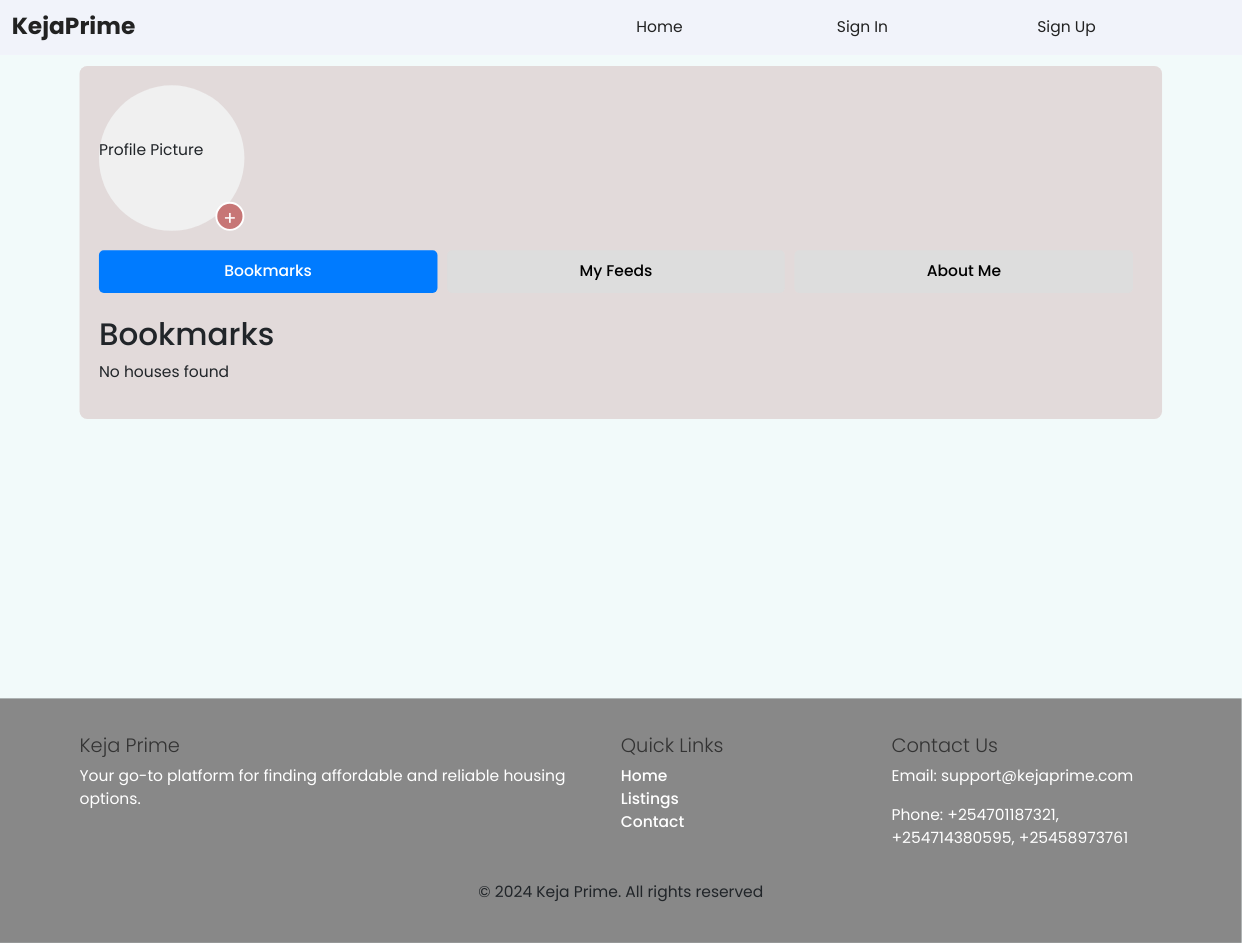
Repository: Pascal7601/kejaPrime
Page: /profile (app in frontend/)
An editor plug-in stored every save of this project. The page is shown before and after a run of saves, followed by the edit.
The browser window is 1280 px wide. The pictures show the whole page, at 97% of full size.
The page's requests for data from a server got no answer. The project was rebuilt for these pictures with package versions that can differ from the ones it lists, and the page was loaded fresh each time. No one was signed in, and anything a server would have sent is missing. Also part of the build but not shown: frontend/vite.config.js, frontend/src/styles/HeroSection.css, frontend/src/components/HeroSection.jsx, frontend/src/pages/Home.jsx, frontend/src/components/Houses.jsx, frontend/src/pages/Listings.jsx, frontend/src/styles/PostHouse.css, frontend/src/pages/PostHouse.jsx and 10 more.

Above is the page before, as saved 2024-10-22 12:29:45.

### frontend/index.html
<!doctype html>
<html lang="en">
  <head>
    <meta charset="UTF-8" />
    <link rel="icon" type="image/svg+xml" href="/vite.svg" />
    <meta name="viewport" content="width=device-width, initial-scale=1.0" />
    <script src="https://cdn.jsdelivr.net/npm/@popperjs/core@2.11.6/dist/umd/popper.min.js"></script>
    <script src="https://cdn.jsdelivr.net/npm/bootstrap@5.2.0/dist/js/bootstrap.bundle.min.js"></script>
    <link rel="preconnect" href="https://fonts.googleapis.com">
    <link rel="preconnect" href="https://fonts.gstatic.com" crossorigin>
    <link href="https://fonts.googleapis.com/css2?family=Poppins:ital,wght@0,100;0,200;0,300;0,400;0,500;0,600;0,700;0,800;0,900;1,100;1,200;1,300;1,400;1,500;1,600;1,700;1,800;1,900&display=swap" rel="stylesheet">
    <title>KejaPrime</title>
  </head>
  <body>
    <div id="root"></div>
    <script type="module" src="/src/main.jsx"></script>
  </body>
</html>

### frontend/src/App.jsx
import React from 'react';
import { BrowserRouter as Router, Route, Routes } from 'react-router-dom';
import { AuthProvider } from './utils/AuthContext';
import Home from './pages/Home';
import Listings from './pages/Listings';
import ProfilePage from './pages/ProfilePage';
import SignUp from './components/SignUp';
import FeedsPage from './pages/FeedsPage'
import PostHouse from './pages/PostHouse';
import SignIn from './components/SignIn';
import Dashboard from './components/Dashboard';

import './App.css';

function App() {

  return (
    <AuthProvider>
      <Router>
            <Routes>
              <Route path="/Sign-up" element={<SignUp />} />
              <Route path="/Sign-in" element={<SignIn />} />
              <Route path="/" element={<Home />} />
              <Route path="/home" element={<Home />} />
              <Route path="/dashboard" element={<Dashboard />} />
              <Route path="/feeds" element={<FeedsPage />} />
              <Route path="/listings" element={<Listings />} />
              <Route path="/profile" element={<ProfilePage />} />
              <Route path="/post-house" element={<PostHouse />} />
            </Routes>
      </Router>
    </AuthProvider>
  );
}

export default App

### frontend/src/pages/ProfilePage.jsx
import React from 'react';
import Profile from "../components/Profile";
import "../styles/ProfilePage.css";

const ProfilePage = () => {
	return (
		<>
			<Profile />
		</>
	);
}

export default ProfilePage;

### frontend/src/App.css
@import url('https://fonts.googleapis.com/css2?family=Poppins:ital,wght@0,100;0,200;0,300;0,400;0,500;0,600;0,700;0,800;0,900;1,100;1,200;1,300;1,400;1,500;1,600;1,700;1,800;1,900&display=swap');
*{
	font-family: "Poppins", sans-serif;
	margin: 0;
	padding: 0;
	width: 100%;
	box-sizing: border-box;
}

body {
	margin: 0;
	font-family: "Poppins", sans-serif;
	width: 100%;
	background-color: rgb(229, 245, 245);
}

### frontend/src/components/Footer.jsx
import React from 'react'
import 'bootstrap/dist/css/bootstrap.min.css';
import '../styles/Footer.css';

const Footer = () => {
	const currentYear = new Date().getFullYear();
  return (
	<footer className='footer py-4'>
		<div className='container'>
			<div className='row'>
				<div className='col-md-6'>
					<h5 className='footer-title'>Keja Prime</h5>
					<p className='footer-description'>
					Your go-to platform for finding affordable and reliable housing options.
					</p>
				</div>
				<div className="col-md-3">
					<h5 className="footer-links-title">Quick Links</h5>
            		<ul className="list-unstyled">
						<li><a href="/" className="text-white">Home</a></li>
              			<li><a href="/listings" className="text-white">Listings</a></li>
              			<li><a href="/contact" className="text-white">Contact</a></li>
            		</ul>
				</div>
				<div className='col-md-3'>
					<h5 className='footer-contact-title'> Contact Us</h5>
					<p>Email: support@kejaprime.com</p>
					<p>Phone: +254701187321, +254714380595, +25458973761</p>
				</div>
			</div>
			<div className='text-center mt-3'>
				<p className='text-dark'>&copy; {currentYear} Keja Prime. All rights reserved</p>
			</div>
		</div>
	</footer>
  );
};

export default Footer;

### frontend/src/styles/Footer.css
.footer{
	background: #4ea685;
	color: #222222;
}

### frontend/src/components/Profile.jsx
import React, { useEffect, useState } from 'react';
import axios from 'axios';
import Footer from "../components/Footer";
import Navbar from '../components/Navbar';
import PostHouse from '../pages/PostHouse';
import 'bootstrap/dist/css/bootstrap.min.css';
import '../styles/Profile.css';

function Profile() {
  const [profile, setProfile] = useState(null);
  const [profilePic, setProfilePic] = useState(null);
  const [preview, setPreview] = useState(null);
  const [userType, setUserType] = useState(false);
  const [houses, setHouses] = useState([]);
  const [feeds, setFeeds] = useState([]); // State for tenant's feeds
  const [loading, setLoading] = useState(true);
  const [savedHouses, setSavedHouses] = useState([]);
  const [activeTab, setActiveTab] = useState('houses');
  const [isFormVisible, setIsFormVisible] = useState(false);

  useEffect(() => {
    async function fetchProfile() {
      try {
        const token = localStorage.getItem('access_token');
        const config = {
          headers: { Authorization: `Bearer ${token}` },
        };

        const profileRes = await axios.get('http://localhost:8000/api/v1/users/profile', config);
        const isLandlord = profileRes.data.is_landlord;
        console.log(profileRes.data.id);
        setUserType(isLandlord);
        setProfile(profileRes.data);

        const userId = profileRes.data.id;

        if (isLandlord) {
          // Fetch posted houses
          const postedHousesRes = await axios.get(`http://localhost:8000/api/v1/properties/${userId}`);
          const housesWithImages = await Promise.all(
            postedHousesRes.data.map(async (house) => {
              try {
                const imageRes = await axios.get(`http://localhost:8000/api/v1/properties/${house.id}/images`);
                const img = imageRes.data.length > 0 ? imageRes.data[0].image_url : null;
                return { ...house, imageUrl: img };
              } catch (error) {
                console.warn(`Image not found for house ${house.id}`);
                return { ...house, imageUrl: null };
              }
            })
          );
          setHouses(housesWithImages);
        } else {
          //Fetch Bookmarks
          const savedHousesRes = await axios.get('http://localhost:8000/api/v1/bookmarks/', config);
          // console.log(savedHousesRes.data);
          const savedHousesData = savedHousesRes.data.bookmarks;

        // Separate feeds and properties
        const savedFeeds = savedHousesData
          .filter(bookmark => bookmark.feed) // Get only feeds
          .map(bookmark => bookmark.feed);
          // console.log(savedFeeds[0]);  // Extract feed data

        const savedProperties = savedHousesData
          .filter(bookmark => bookmark.property) // Get only properties
          .map(bookmark => bookmark.property);   // Extract property data

          const feedsWithImages = await Promise.all(
            savedFeeds.map(async (feed) => {
              try {
                const feedRes = await axios.get(`http://localhost:8000/api/v1/feeds/${feed.id}`);
                console.log(feedRes.data[0].images[0].image_url);
                const img = feedRes.data[0].images[0].image_url;
                return { ...feed, imageUrl: img };
              } catch (error) {
                console.warn(`Image not found for feed ${feed.id}`);
                return { ...feed, imageUrl: null };
              }
            })
          );

          // Fetch images for properties
          const propertiesWithImages = await Promise.all(
            savedProperties.map(async (property) => {
              try {
                const imageRes = await axios.get(`http://localhost:8000/api/v1/properties/${property.id}/images`, config);
                const img = imageRes.data.length > 0 ? imageRes.data[0].image_url : null;
                return { ...property, imageUrl: img };
              } catch (error) {
                console.warn(`Image not found for property ${property.id}`);
                return { ...property, imageUrl: null };
              }
            })
          );

          // Combine feeds and properties into the `houses` state
          const combinedSavedHouses = [...feedsWithImages, ...propertiesWithImages];
          setHouses(combinedSavedHouses); // Update houses with both feeds and properties


        // Track saved house IDs for both feeds and properties
        const savedHouseIds = combinedSavedHouses.map(house => house.id);
        setSavedHouses(savedHouseIds); // Track Bookmarks by ID

        // Fetch tenant's feeds
          const tenantFeedsRes = await axios.get(`http://localhost:8000/api/v1/feeds/me`, config);
          console.log(tenantFeedsRes.data);
          setFeeds(tenantFeedsRes.data);
        }
      } catch (error) {
        console.error('Error fetching profile data', error);
      } finally {
        setLoading(false);
      }
    }

    fetchProfile();
  }, []);

  const handleTabChange = (tab) => {
    setActiveTab(tab);  // Change active tab
  };

  const handleSaveHouse = async (houseId) => {
    const isSaved = savedHouses.includes(houseId);
    if (!isSaved) {
      try {
        const token = localStorage.getItem('access_token');
        const config = {
          headers: { Authorization: `Bearer ${token}` },
        };

        await axios.post(`http://localhost:8000/api/v1/houses/save`, { houseId }, config);
        setSavedHouses(prevSavedHouses => [...prevSavedHouses, houseId]);

        // Optionally, refetch the Bookmarks to update the UI
        const savedHousesRes = await axios.get('http://localhost:8000/api/v1/houses/saved', config);
        setHouses(savedHousesRes.data);
        console.log('House saved successfully');
      } catch (err) {

        console.error('Error saving house:', err);
      }
    }
  };
  const toggleFormVisibility = () => {
    setIsFormVisible(!isFormVisible);
  };
  const handleFileChange = () => {
    const file = e.target.files[0];
    if (file) {
      setProfilePic(file);
      const fileURL = URL.createObjectURL(file);
      setPreview(fileURL);
    }
  };

  const handleFileUpload = async () => {
    if (profilePic) {
      const formData = new FormData();
      formData.append('profile_pic', profilePic);
      try {
        const token = localStorage.getItem('access_token');
        const config = {
          headers: {
            Authorization: `Bearer ${token}`,
            'Content-Type': 'multipart/form-data',
          },
        };
        await axios.post('http://localhost:8000/api/v1/users/profile-pic', formData, config);
        alert('Profile picture updated successfully');
      } catch (err) {
        console.error('Error uploading profile picture:', err);
      }
    }
  };

  const renderHouseImage = (imageUrl, title) => {
    const src = imageUrl ? `http://localhost:8000/${imageUrl}` : "/path/to/placeholder.jpg";
    const altText = imageUrl ? title : "No image available";
    return <img src={src} alt={altText} className="house-image" />;
  };

  if (loading) {
    return <div>Loading...</div>;
  }

  return (
    <>
    <Navbar />
    <div className={`profile-page ${!userType ? 'tenant-view' : ''}`}>
      <div className={`container my-5 profile-container ${userType ? 'landlord-layout' : 'tenant-layout'}`}>
        {/* Left Side Panel (For Landlords) */}
        <div className='left-panel'>
          {userType && (
            <>
              <h4 onClick={toggleFormVisibility} className='toggle-button'>
                {isFormVisible ? 'Hide Form' : 'Post a House'}
              </h4>
              {isFormVisible && <PostHouse />}
            </>
          )}
        </div>
        {/* Right Side Content */}
        <div className={`right-panel ${!userType ? 'full-width' : ''}`}>
          <div className="profile-header">
            <div className='profile-picture-container'>
              {preview ? (
                <img src={preview} alt="Profile Preview" className="img-fluid rounded-circle profile-picture" />
              ) : (
                <div className='placeholder-circle'>
                  <p>Profile Picture</p>
                </div>
              )}
              <label htmlFor="file-upload" className="plus-sign-label">+</label>
              <input type="file" onChange={handleFileChange} accept="image/*" style={{ display: 'none' }} />
              {profilePic && (
                <button onClick={handleFileUpload} className="btn btn-secondary w-25 mt-2">Upload</button>
              )}
            </div>
          </div>
          {/* Navigation Tabs */}
          <div className="profile-tabs mb-4">
            <button
              className={`tab-button ${activeTab === 'houses' ? 'active' : ''}`}
              onClick={() => handleTabChange('houses')}
            >
              {userType ? 'Posted Houses' : 'Bookmarks'}
            </button>
            {!userType && (
              <button
                className={`tab-button ${activeTab === 'feeds' ? 'active' : ''}`}
                onClick={() => handleTabChange('feeds')}
              >
                My Feeds
              </button>
            )}
            <button
              className={`tab-button ${activeTab === 'about' ? 'active' : ''}`}
              onClick={() => handleTabChange('about')}
            >
              About Me
            </button>
          </div>
          {/* Tab Content */}
          <div className="tab-content">
            {activeTab === 'houses' && (
              <div className="houses-section">
                <h2>{userType ? 'Posted Houses' : 'Bookmarks'}</h2>
                <div className="house-list">
                  {houses.length === 0 ? (
                    <p>No houses found</p>
                  ) : (
                    houses.map(house => (
                      <div key={house.id} className="house-item">
                        <div className='card'>
                          {renderHouseImage(house.imageUrl, house.description)}
                          <div className='card-body'>
                            <h3 className='card-title'>{house.title || house.description}</h3>
                            <p className='card-text'>{house.description}</p>
                            <p className='card-text fw-bold'>Location: {house.location}</p>
                            {!userType && (
                              <button onClick={() => handleSaveHouse(house.id)} className="btn btn-primary">
                                {savedHouses.includes(house.id) ? 'Saved' : 'Save'}
                              </button>
                            )}
                          </div>
                        </div>
                      </div>
                    ))
                  )}
                </div>
              </div>
            )}
            {!userType && activeTab === 'feeds' && (
              <div className="feeds-section">
                <h2>My Feeds</h2>
                <div className="feed-list">
                  {feeds.length === 0 ? (
                    <p>No feeds found</p>
                  ) : (
                    feeds.map(feed => (
                      <div key={feed.id} className="feed-item">
                        <img src={`http://localhost:8000/${feed.images[0].image_url}`} alt={feed.description} className="feed-image" />
                        <p>{feed.description}</p>
                        <p>{feed.location}</p>
                      </div>
                    ))
                  )}
                </div>
              </div>
            )}
            {activeTab === 'about' && (
              <div className="profile-about">
                <h4>About Me</h4>
                {profile && (
                  <div>
                    <p>Name: {profile.username}</p>
                    <p>Email: {profile.email}</p>
                    <p>Status: {profile.is_landlord ? "Landlord" : "Tenant"}</p>
                    <p>Location: {profile.location}</p>
                  </div>
                )}
              </div>
            )}
          </div>
        </div>
      </div>
    </div>
    <Footer />
    </>
  );
}

export default Profile;

### frontend/src/styles/FeedsPage.css
@import url('https://fonts.googleapis.com/css2?family=Poppins:ital,wght@0,100;0,200;0,300;0,400;0,500;0,600;0,700;0,800;0,900;1,100;1,200;1,300;1,400;1,500;1,600;1,700;1,800;1,900&display=swap');
.right-side::-webkit-scrollbar {
    display: none;
}
body {
    -ms-overflow-style: none;
    scrollbar-width: none;
}
.feeds-page {
	height: 100vh;
	overflow: hidden;
}
.right-side{
	width:60%;
	margin-top: 60px;
	display: flex;
  	justify-content: center;
	text-align: center;
	border: 1px solid red;
	padding-bottom: 20px;
}

.row {
height: 100%;
}

.create-feed {
	position: fixed;
	background-color: #F1F3FA;
	top: 28%;
	width: 100%;
	max-width: 550px;
	z-index: 1;
}
.right-side {
	overflow-y: auto;
	height: 100%;
	background: radial-gradient(circle, #4ea685, #3e8f70);
	padding-bottom:20px;
	text-align: center;
}
.feed-item {
	position: relative;
	border: 1px solid #ddd;
	border-radius: 8px;
	background-color: #fff;
	padding: 10px;
	margin-bottom: 15px;
}
.feed-item {
	display: flex;
  	justify-content: center;
	text-align: center;
	width: 70%;
	margin-left: 80px;
}

.feed-img {
	max-width: 100%;
	background-size: cover;
	height: 400px;
	border-radius: 5px;
}
.btn1{
	color: #fff;
	background-color: #4ea685;
	border: none;
	max-width: 100px;
	font-weight: 200;
}
.form-control{
	border: none;
}
h5{
	font-weight: 300;
	color: #333;
}
.creat{
	font-weight: 500;
	color: #4ea685;
	margin-bottom: 20px;
}
/*-----Bookmark-------*/
.bookmark-btn {
	position: absolute;
	top: 10px;
	right: 10px;
	background-color: rgba(0, 0, 0, 0.5);
	color: #fff;
	border: none;
	padding: 8px 12px;
	cursor: pointer;
	border-radius: 5px;
	font-size: 14px;
}

.bookmark-btn:hover {
	background-color: rgba(0, 0, 0, 0.7);
}


@media (max-width: 768px) {
	.right-side {
	  width: 100%;
	  margin-top: 100px;
	}
	.create-feed{
		display: none;
	}
	.left-side{
		display: flex;
		flex-direction: column;
		gap: 10px;
		width: 100%;
	}
}
@media (max-width: 480px) {
	.house-row {
	  grid-template-columns: 1fr;
	}
	.left-side{
		display: flex;
		flex-direction: row;
		flex-wrap: wrap;
		gap: 10px;
		width: 100%;
	}
	.create-feed{
		display: none;
	}
}

### frontend/src/styles/Navbar.css
nav ul {
	list-style-type: none;
	margin: 0;
	padding: 0;
	justify-content: flex-end;
  }
.nav-item1 {
	padding-top: 10px;
	border: 1px solid red;
}
  nav ul li a {
	text-decoration: none;
	color: #333;
	font-weight: bold;
  }

  nav h1 {
	display: inline-block;
	margin: 0;
	font-size: 24px;
	font-weight: bold;
  }
  h1 span {
}
.custom-navbar {
	background-color: #F1F3FA;
	color: #222222;
}

.custom-navbar .navbar-nav .nav-link {
	color: #222222;
}

  .custom-navbar .navbar-brand {
	color: #222222;

  }

  .custom-navbar .navbar-toggler-icon {
	filter: brightness(100%);
  }

  .custom-navbar .navbar-nav .nav-link:hover {
	color: #4ea685;
  }

  .custom-navbar .btn-link {
	color: #ffffff;
  }

### frontend/src/styles/Houses.css
@import url('https://fonts.googleapis.com/css2?family=Poppins:ital,wght@0,100;0,200;0,300;0,400;0,500;0,600;0,700;0,800;0,900;1,100;1,200;1,300;1,400;1,500;1,600;1,700;1,800;1,900&display=swap');
body, html {
	margin: 0;
	padding: 0;
	box-sizing: border-box;
	font-family: "Poppins", sans-serif;
	width: 100%;
}
.houses-container {
	display: flex;
	flex-direction: column;
	align-items: center;
	padding: 1.5rem;
	margin-top: 50px;
	width: 100%;

}

.house-row{
	display: grid;
	grid-template-columns: repeat(auto-fill, minmax(250px, 1fr));
	gap: 1rem;
	width: 100%;

}

.house-card {
	background-color: #F1F3FA;
	padding: 10px;
	border-radius: 8px;
	margin: 0 10px;
	box-shadow: 0 4px 6px rgba(0, 0, 0, 0.1);
	transition: transform 0.2s ease-in-out;
  	flex-direction: column;

}

.house-card:hover {
	transform: translateY(-5px);
}

.house-image {
	width: 100%;
	object-fit: cover;
	border-top-left-radius: 8px;
	border-top-right-radius: 8px;
}

.house-info {
	padding: 1.5rem;
}

h5 {
	margin-top: 12px;
	font-weight: 400;
	color: #003b95;
	margin-bottom: 0.5rem;
}
.price{
	color: #003b95;
}

strong {
	font-weight: bold;
}
.location-icon {
	margin-right: 5px;
	margin-left: 5px;
	width: 10%;
	color: #e0354b;
 	align-items: center;
	margin: 0;
}
.icon-locator{
	display: flex;

}
.price{
	color: #498862;
	font-weight: 700;
	font-size: 16px;
}

.p{
	font-size: 14px;
	color: #060b20;
	margin: 0;
	line-height: 1.5;
	font-weight: 300;
}

.filter-bar {
	display: flex;
	justify-content: space-between;
	margin-bottom: 20px;
}

.filter-bar input,
.filter-bar button {
	padding: 5px 10px;
	font-size: 16px;
}
.save-button {
	border: 1px solid red;
}
@media (max-width: 768px) {
	.house-row {
	  grid-template-columns: repeat(auto-fill, minmax(200px, 1fr));
	}
}
@media (max-width: 480px) {
	.house-row {
	  grid-template-columns: 1fr;
	}
}

Loaded but not shown: frontend/src/main.jsx (common file); frontend/src/index.css (common file); frontend/src/styles/Profile.css (210 lines, source omitted); frontend/src/components/Navbar.jsx (121 lines, source omitted); frontend/src/utils/AuthContext.jsx (100 lines, source omitted); frontend/src/styles/HomePage.css (139 lines, source omitted); frontend/src/styles/ProfilePage.css (no stored copy; drawn as an empty file)

After the next 2 saves:
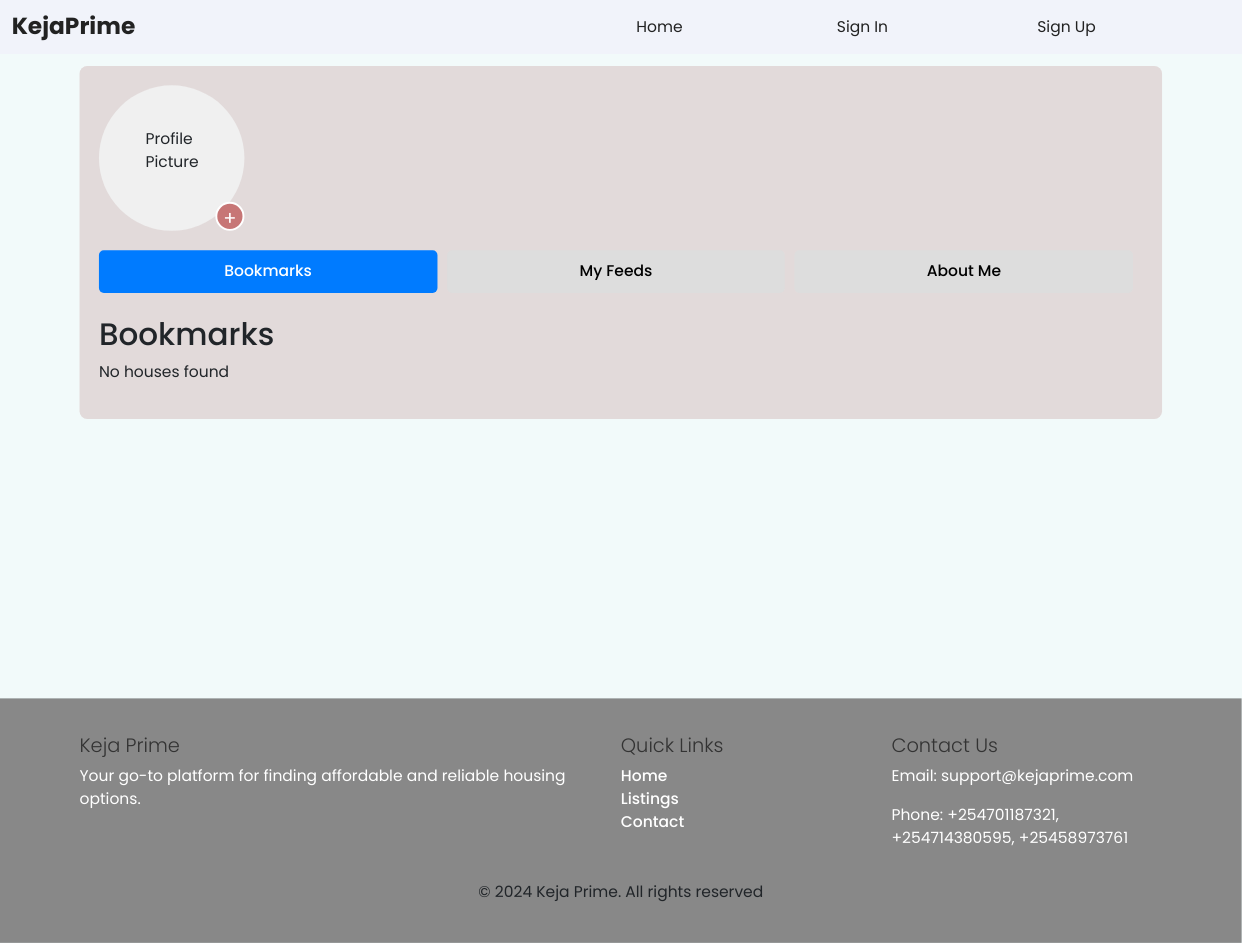
The 2 saves are shown as one change because they came seconds apart.
The last was saved 2 min 12 s later.
--- a/frontend/src/components/Profile.jsx
+++ b/frontend/src/components/Profile.jsx
@@ -209,7 +209,7 @@ function Profile() {
               {preview ? (
                 <img src={preview} alt="Profile Preview" className="img-fluid rounded-circle profile-picture" />
               ) : (
-                <div className='placeholder-circle'>
+                <div className='placeholder-circle p-5'>
                   <p>Profile Picture</p>
                 </div>
               )}
